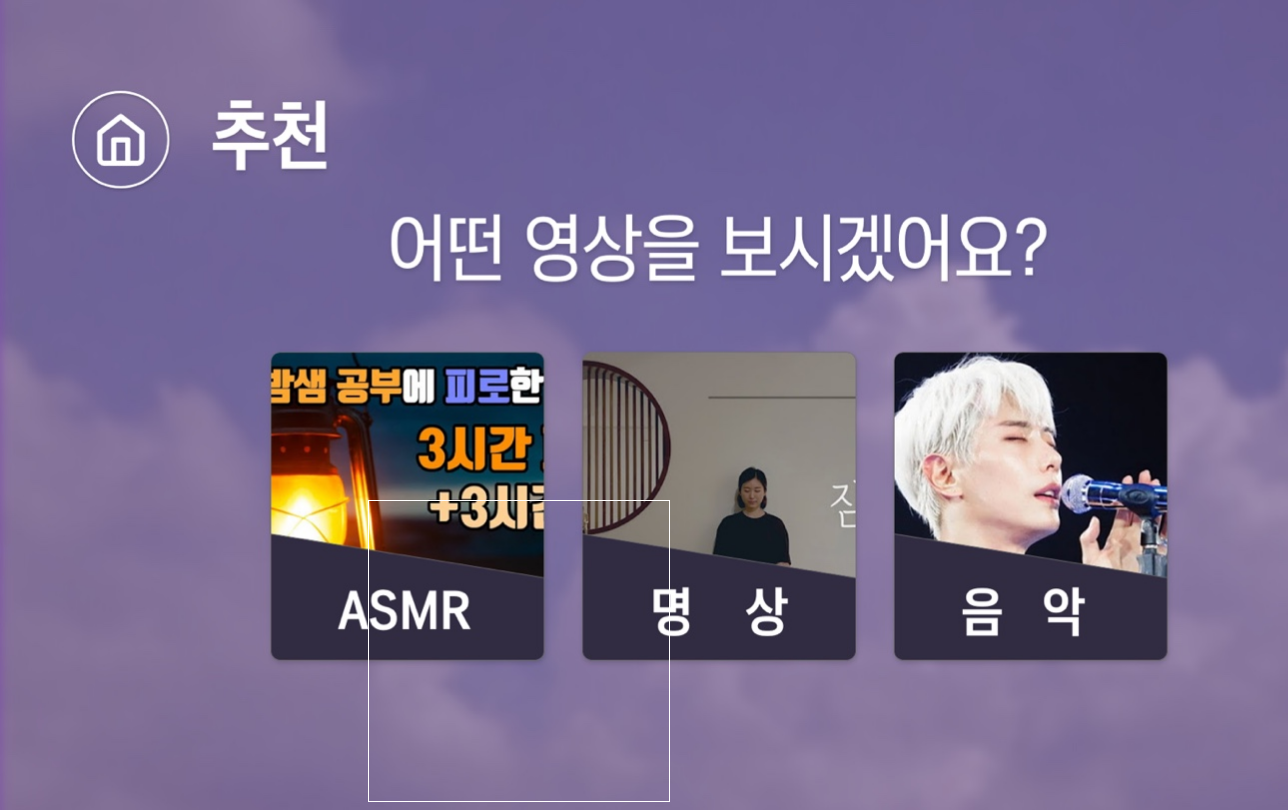
Repository: meanz1/SE_SleepWithMe
Page: SmartTVWorkspace/testapp/recom.html
An editor plug-in stored every save of this project. The page is shown before and after the next save, followed by the edit.
The browser window is 1280 px wide. The page is 1288 px wide, so the pictures cover 1288 px, including what lies to the right of the window. The pictures show the whole page.

Above is the page before, as saved 2021-11-18 07:51:05.

After the next save:
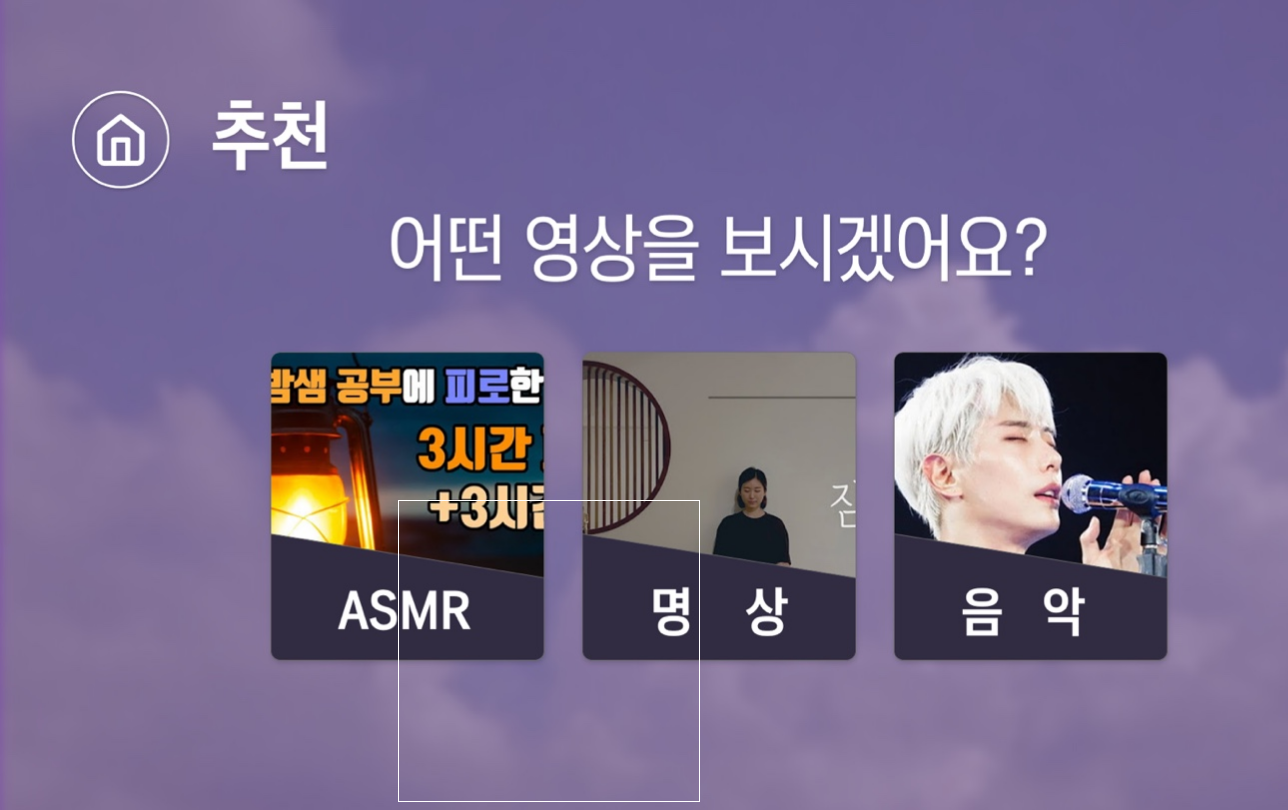
Saved 16 s later.
--- a/SmartTVWorkspace/testapp/recom.html
+++ b/SmartTVWorkspace/testapp/recom.html
@@ -15,7 +15,7 @@
     	width: 300px;
     	height: 300px;
     	border: 1px solid white;
-    	margin-left: 360px;
+    	margin-left: 390px;
     	margin-top: 500px;
     }
 </style>
